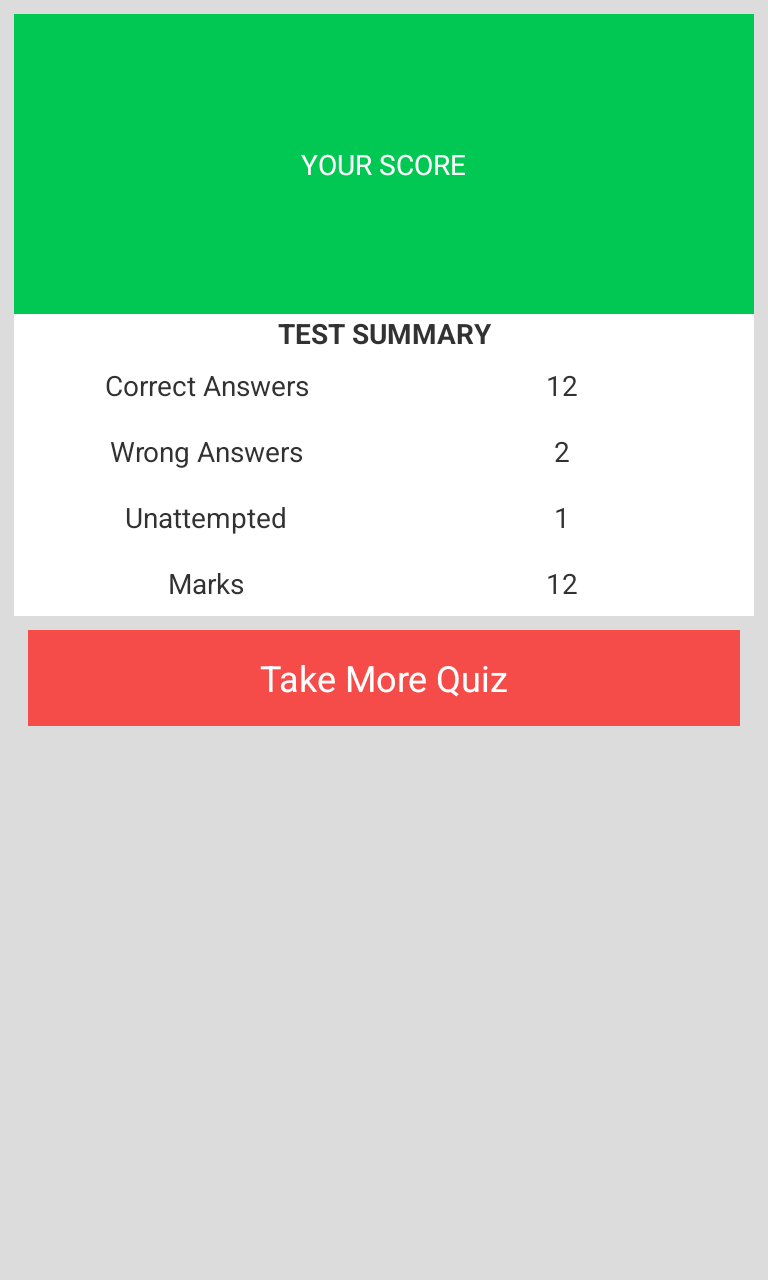
Repository: Harshil737/Career-Launcher
Layout: CareerLauncher/res/layout/activity_test_result_page.xml
An editor plug-in stored every save of this project. The layout is shown before and after the next save, followed by the edit.
It is drawn on a 768 x 1280 px phone screen (xhdpi) without system bars, with theme AppTheme; the app's code is not run.

Above is the layout before, as saved 2017-11-04 13:12:57.

### CareerLauncher/res/layout/activity_test_result_page.xml
<RelativeLayout xmlns:android="http://schemas.android.com/apk/res/android"
    xmlns:tools="http://schemas.android.com/tools"
    android:layout_width="match_parent"
    android:layout_height="match_parent"
    android:background="@color/offWhite"
    android:paddingBottom="@dimen/activity_vertical_margin"
    android:paddingLeft="@dimen/activity_horizontal_margin"
    android:paddingRight="@dimen/activity_horizontal_margin"
    android:paddingTop="@dimen/activity_vertical_margin"
    tools:context=".TestResultPage" >

    <RelativeLayout
        android:id="@+id/test_result_page_tmp1"
        android:layout_width="match_parent"
        android:layout_height="150dp"
        android:background="@color/lightGreen" >

        <TextView
            android:layout_width="wrap_content"
            android:layout_height="wrap_content"
            android:layout_centerHorizontal="true"
            android:layout_centerVertical="true"
            android:text="YOUR SCORE"
            android:textColor="@color/colorWhite" />
    </RelativeLayout>

    <LinearLayout
        android:id="@+id/test_result_page_tmp"
        android:layout_width="match_parent"
        android:layout_height="wrap_content"
        android:layout_below="@id/test_result_page_tmp1"
        android:background="@color/colorWhite"
        android:orientation="vertical" >

        <TextView
            android:layout_width="match_parent"
            android:layout_height="wrap_content"
            android:gravity="center_horizontal"
            android:text="TEST SUMMARY"
            android:textStyle="bold" />

        <LinearLayout
            android:layout_width="match_parent"
            android:layout_height="wrap_content"
            android:layout_margin="7dp"
            android:orientation="horizontal" >

            <TextView
                android:layout_width="0dp"
                android:layout_height="wrap_content"
                android:layout_weight="1"
                android:gravity="center_horizontal"
                android:text="Correct Answers" />

            <TextView
                android:id="@+id/test_result_tv_correct"
                android:layout_width="0dp"
                android:layout_height="wrap_content"
                android:layout_weight="1"
                android:gravity="center_horizontal"
                android:text="12" />
        </LinearLayout>

        <LinearLayout
            android:layout_width="match_parent"
            android:layout_height="wrap_content"
            android:layout_margin="7dp"
            android:orientation="horizontal" >

            <TextView
                android:layout_width="0dp"
                android:layout_height="wrap_content"
                android:layout_weight="1"
                android:gravity="center_horizontal"
                android:text="Wrong Answers" />

            <TextView
                android:id="@+id/test_result_tv_wrong"
                android:layout_width="0dp"
                android:layout_height="wrap_content"
                android:layout_weight="1"
                android:gravity="center_horizontal"
                android:text="2" />
        </LinearLayout>

        <LinearLayout
            android:layout_width="match_parent"
            android:layout_height="wrap_content"
            android:layout_margin="7dp"
            android:orientation="horizontal" >

            <TextView
                android:layout_width="0dp"
                android:layout_height="wrap_content"
                android:layout_weight="1"
                android:gravity="center_horizontal"
                android:text="Unattempted" />

            <TextView
                android:id="@+id/test_result_tv_unattempted"
                android:layout_width="0dp"
                android:layout_height="wrap_content"
                android:layout_weight="1"
                android:gravity="center_horizontal"
                android:text="1" />
        </LinearLayout>

        <LinearLayout
            android:layout_width="match_parent"
            android:layout_height="wrap_content"
            android:layout_margin="7dp"
            android:orientation="horizontal" >

            <TextView
                android:layout_width="0dp"
                android:layout_height="wrap_content"
                android:layout_weight="1"
                android:gravity="center_horizontal"
                android:text="Marks" />

            <TextView
                android:id="@+id/test_result_tv_marks"
                android:layout_width="0dp"
                android:layout_height="wrap_content"
                android:layout_weight="1"
                android:gravity="center_horizontal"
                android:text="12" />
        </LinearLayout>
    </LinearLayout>

    <Button
        android:id="@+id/test_result_btn_home"
        android:layout_width="match_parent"
        android:layout_height="wrap_content"
        android:layout_below="@id/test_result_page_tmp"
        android:layout_gravity="center_horizontal"
        android:layout_margin="7dp"
        android:layout_marginTop="24dp"
        android:background="#f64c49"
        android:text="Take More Quiz"
        android:textColor="#FFFFFF" />

</RelativeLayout>

### CareerLauncher/res/values/styles.xml
<resources>

    <style name="AppBaseTheme" parent="android:Theme.Light"></style>

    <!-- Application theme. -->
    <style name="AppTheme" parent="AppBaseTheme"></style>

</resources>

### CareerLauncher/res/values/colors.xml
<?xml version="1.0" encoding="utf-8"?>
<resources>

    <color name="colorPrimary">#3F51B5</color>
    <color name="colorPrimaryDark">#303F9F</color>
    <color name="colorAccent">#FF4081</color>
    <color name="colorWhite">#FFFFFF</color>
    <color name="offWhite">#dcdcdc</color>
    <color name="Black">#000000</color>
    <color name="Green">#388e3c</color>
    <color name="lightGreen">#00c853</color>
    <color name="Grey">#9e9e9e</color>
    <color name="yellow">#ffd600</color>

</resources>

Loaded but not shown: CareerLauncher/res/values-v11/styles.xml (common file); CareerLauncher/res/values-v14/styles.xml (common file); CareerLauncher/res/values/dimens.xml (common file)

After the next save:
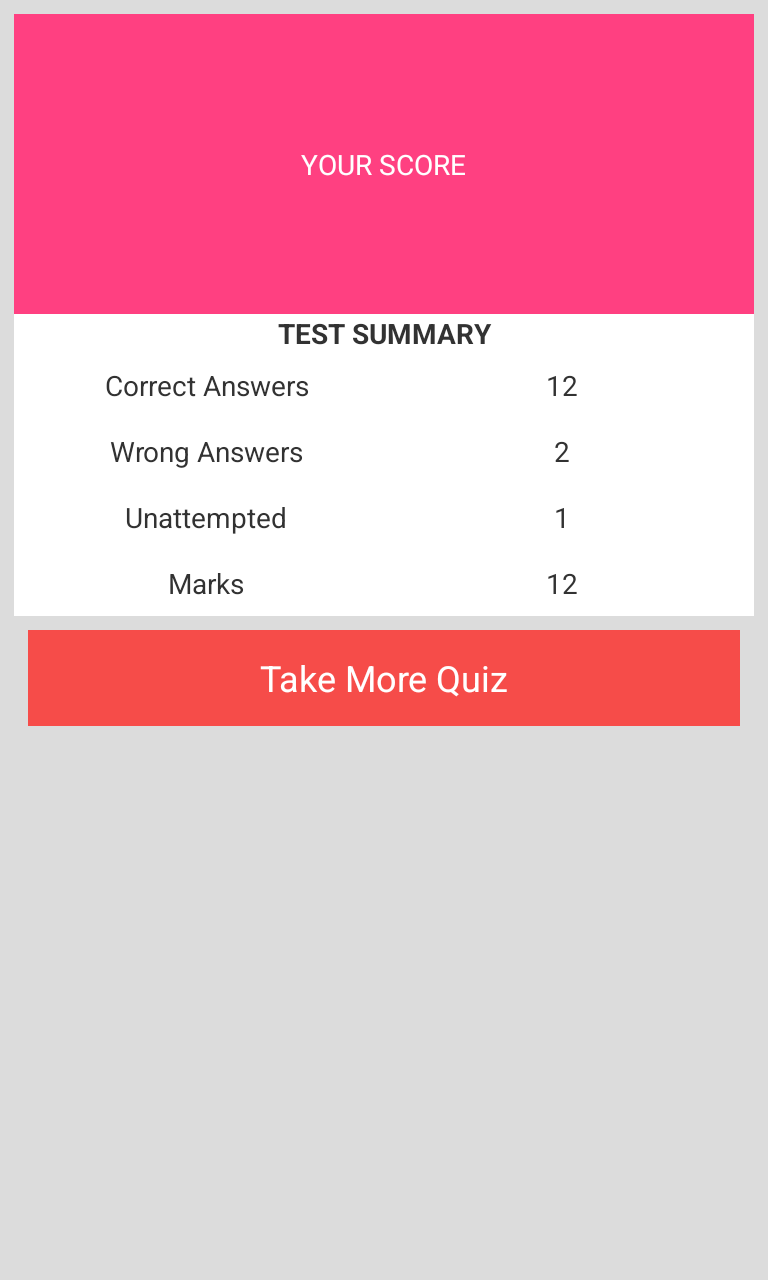
Saved 15 s later.
--- a/CareerLauncher/res/layout/activity_test_result_page.xml
+++ b/CareerLauncher/res/layout/activity_test_result_page.xml
@@ -13,7 +13,7 @@
         android:id="@+id/test_result_page_tmp1"
         android:layout_width="match_parent"
         android:layout_height="150dp"
-        android:background="@color/lightGreen" >
+        android:background="@color/colorAccent" >
 
         <TextView
             android:layout_width="wrap_content"
